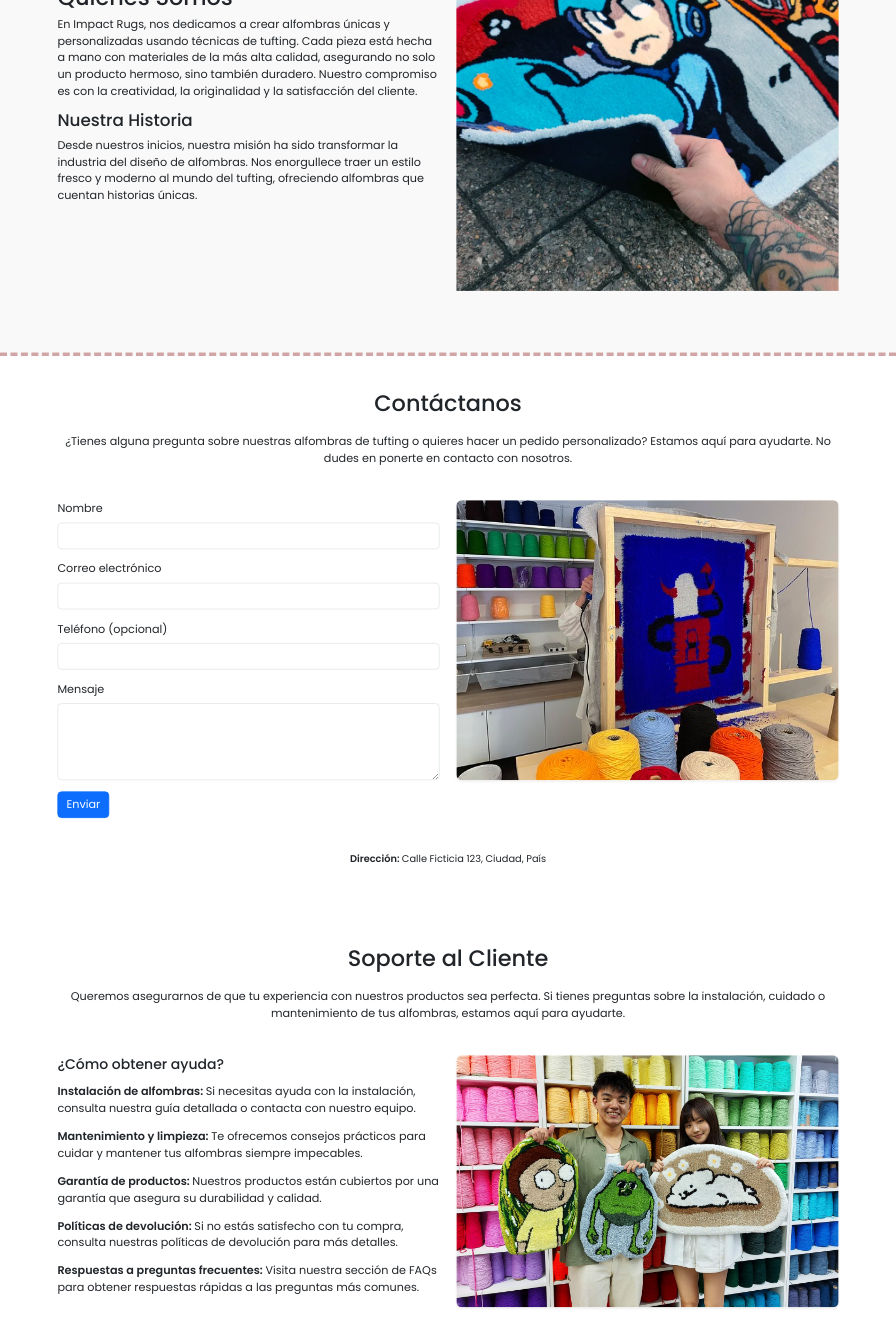
Repository: PituMia/Tufting-landing-page
Page: /
The author's editor kept a copy of each file at every save. The page is drawn from the files as they stood at one save, then again after the next save.
The browser window is 1280 px wide. The pictures show the part of the page from y = 1342 to 3262 px (the page is 3257 px tall before and 3262 px after), at 70% of full size.
The project was rebuilt for these pictures with package versions that can differ from the ones it lists, and the page was loaded fresh each time. Also part of the build but not shown: vite.config.js.

Above is the page before, as saved 2025-02-12 20:26:57.

After the next save:
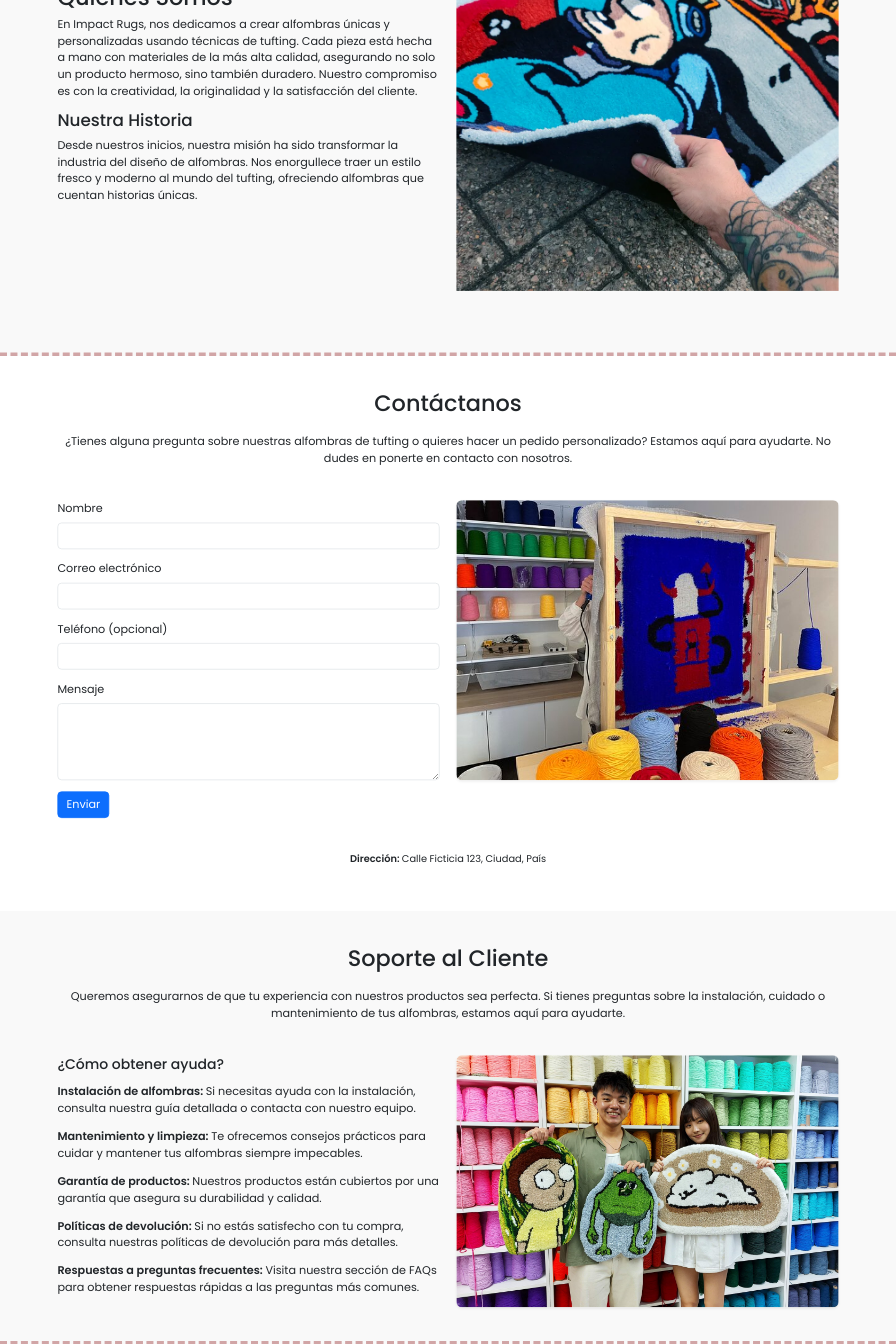
Saved 13 s later.
--- a/src/components/Support.jsx
+++ b/src/components/Support.jsx
@@ -3,7 +3,11 @@
 
 const SupportSection = () => {
     return (
-        <section className="support-section py-5" id="soporte">
+        <section className="support-section py-5" id="soporte" style={{
+            padding: "40px 0",
+            borderBottom: "5px dashed #D1A5A6", /* Estilo de línea como cuerda */
+            background: "#f9f9f9"
+          }}>
             <div className="container">
                 <h2 className="text-center mb-4">Soporte al Cliente</h2>
                 <p className="text-center mb-5">
